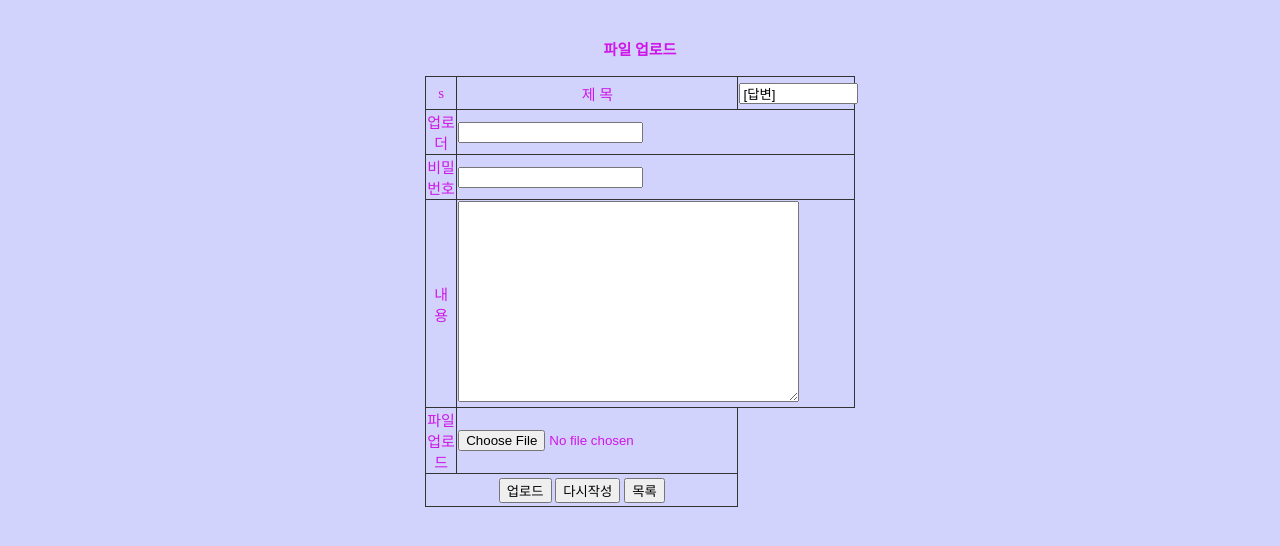
Repository: LouisKisaragi/BB-Bank
Page: http://localhost/FUBoard/board/writeForm.jsp
An editor plug-in stored every save of this project. The page is shown before and after the next save, followed by the edit.
The browser window is 1280 px wide. The pictures show the whole page.
The page is served by Tomcat 9. Other server files are loaded and not shown.

Above is the page before, as saved 2017-11-10 04:44:20.

### workspace/FUBoard/WebContent/board/writeForm.jsp
<%@ page language="java" contentType="text/html; charset=UTF-8"
    pageEncoding="UTF-8"%>
<%@ taglib prefix="c" uri="http://java.sun.com/jsp/jstl/core" %>
<!DOCTYPE html>
<html>
<head>
<meta http-equiv="Content-Type" content="text/html; charset=UTF-8">
<title>게시판</title>
<script src="${pageContext.request.contextPath}/board/script.js"></script>
<link href="${pageContext.request.contextPath}/board/css/style.css" rel="stylesheet" type="text/css"/>
<link href="${pageContext.request.contextPath}/board/css/writeFormstyle.css" rel="stylesheet" type="text/css"/>
</head>
<body>
<section>
<article>
<b>파일 업로드</b>
<br></br>
<form method="post" name="writeForm" action="${pageContext.request.contextPath}/board/writePro.do"
	onsubmit="return writeSave()" enctype="multipart/form-data">
	<input type="hidden" name="num" value="${num}">
	<input type="hidden" name="ref" value="${ref}">
	<input type="hidden" name="step" value="${step}">
	<input type="hidden" name="depth" value="${depth}">
	<table class="board">
		<tr>
		<td class="attr">s</td>
			<td class="attr">제  목</td>
			<td>
				<c:if test="${num == 0}">
					<input class="input" type="text" name="subject">
				</c:if>
				<c:if test="${num != 0}">
					<input class="input" type="text" name="subject" value="[답변]">
				</c:if>
			</td>
		</tr>
		<tr>
			<td class="attr">업로더</td>
			<td COLSPAN="2">
				<input type="text" name="writer">
			</td>
		</tr>
		<tr>
			<td class="attr">비밀번호</td>
			<td COLSPAN="2">
				<input type="password" name="pass">
			</td>
		</tr>
		<tr>
			<td class="attr">내 용</td>
			<td COLSPAN="2">
				<textarea name="content" rows="13" cols="40"></textarea>
			</td>
		</tr>
		<tr>
			<td class="attr">파일업로드</td>
			<td>
				<input type="file"  name="file">
			</td>
		</tr>
		<tr>
			<td colspan="2" class="attr">
				<input type="submit" value="업로드">
				<input type="reset" value="다시작성">
				<input type="button" value="목록"
				OnClick="window.location='${pageContext.request.contextPath}/board/list.do'">
			</td>
		</tr>
		</table>
</form>
</article>
</section>
</body>
</html>

### workspace/FUBoard/WebContent/board/script.js
function writeSave(){
	if(document.writeForm.writer.value == ""){
		alert("작성자를 입력하세요.");
		document.writeForm.writer.focus();
		return false;
	}
	if(document.writeForm.subject.value == ""){
		alert("제목을 입력하세요.");
		document.writeForm.subject.focus();
		return false;
	}
	if(document.writeForm.content.value == ""){
		alert("내용을 입력하세요.");
		document.writeForm.content.focus();
		return false;
	}
	if(document.writeForm.pass.value == ""){
		alert("비밀번호를 입력하세요.");
		document.writeForm.pass.focus();
		return false;
	}
}

### workspace/FUBoard/WebContent/board/css/style.css
@CHARSET "UTF-8";
body{
	background-color:#d1d3fc;
	font-size:15px;
	color: #ce16e9;
	text-align: center;
}
a:link {
	text-decoration:nonecolor:#696969;
}
a:hover{
	text-decoration:yescolor:#66ccff;
}
a:visited {
	text-decoration:noncolor:#330066;
}

### workspace/FUBoard/WebContent/board/css/writeFormstyle.css
@CHARSET "UTF-8";
section{
	padding-top: 30px;
	width:430px;
	margin: auto;
	left:0; top:0; right:0; bottom:0;
}

.board{
	text-align:center;
	border-collapse:collapse;
}

.board td {
	border:1px solid #333;
	text-align:left;
	width:330px;
	height:30px;
	border:1px solid #333;
}
.board td .input{
	width:97%;
}
.board .attr{
	width: 100px;
	text-align:center;
}

After the next save:
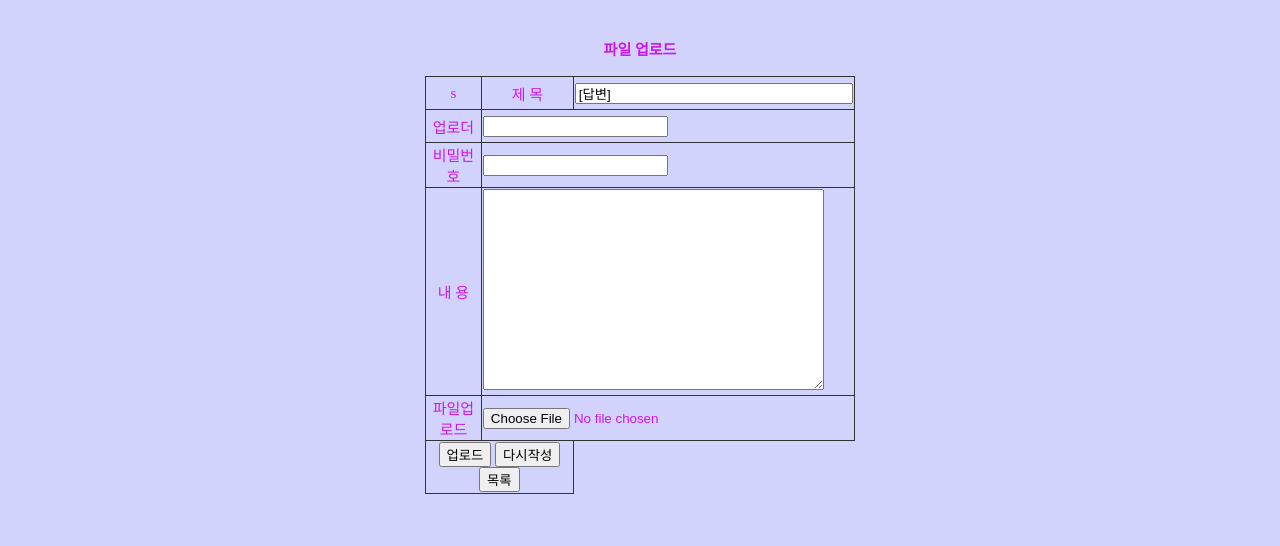
Saved 10 s later.
--- a/workspace/FUBoard/WebContent/board/writeForm.jsp
+++ b/workspace/FUBoard/WebContent/board/writeForm.jsp
@@ -54,7 +54,7 @@
 		</tr>
 		<tr>
 			<td class="attr">파일업로드</td>
-			<td>
+			<td COLSPAN="2">
 				<input type="file"  name="file">
 			</td>
 		</tr>
